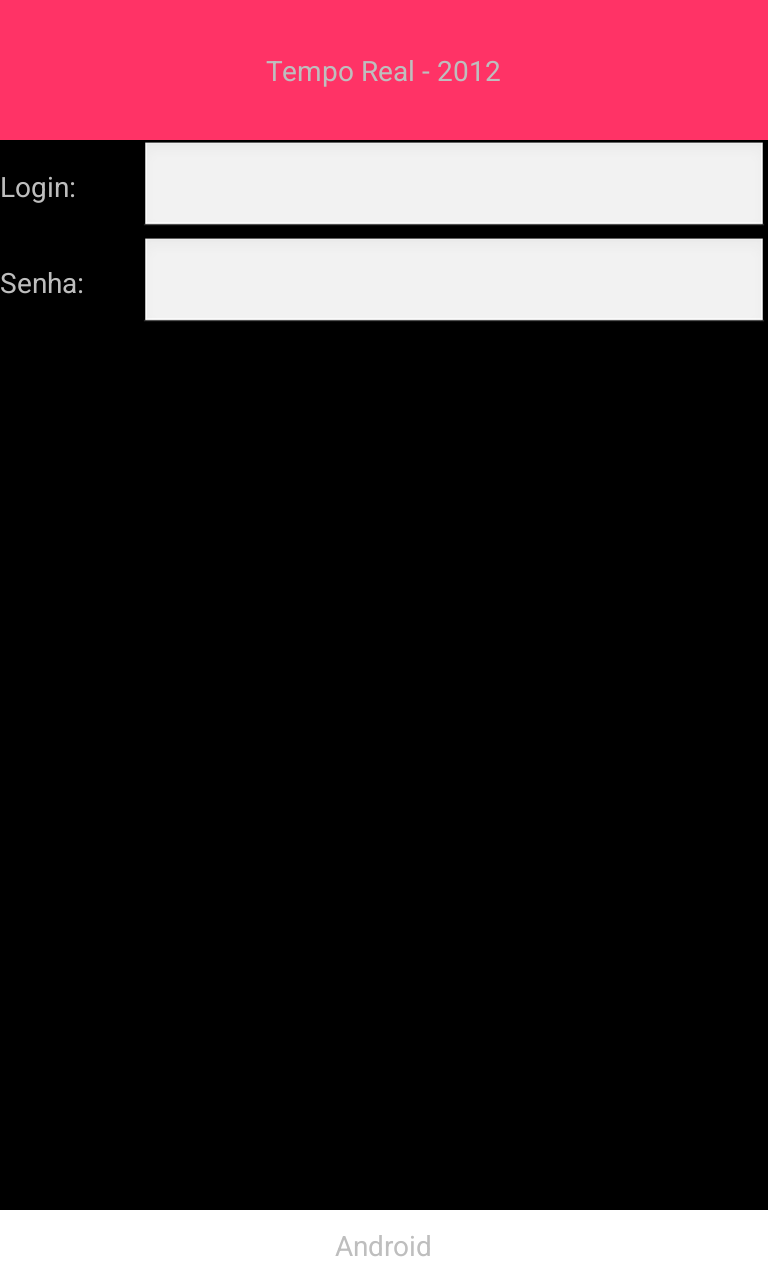
Repository: SuelenGC/Trainings
Layout: TempoRealEventos/HelloAndroid/res/layout/documento_item.xml
The author's editor kept a copy of each file at every save. The layout is drawn from the files as they stood at one save, then again after the next save.
It is drawn on a 768 x 1280 px phone screen (xhdpi) without system bars, with theme android:Theme; the app's code is not run.

Above is the layout before, as saved 2012-06-02 17:52:30.

After the next save:
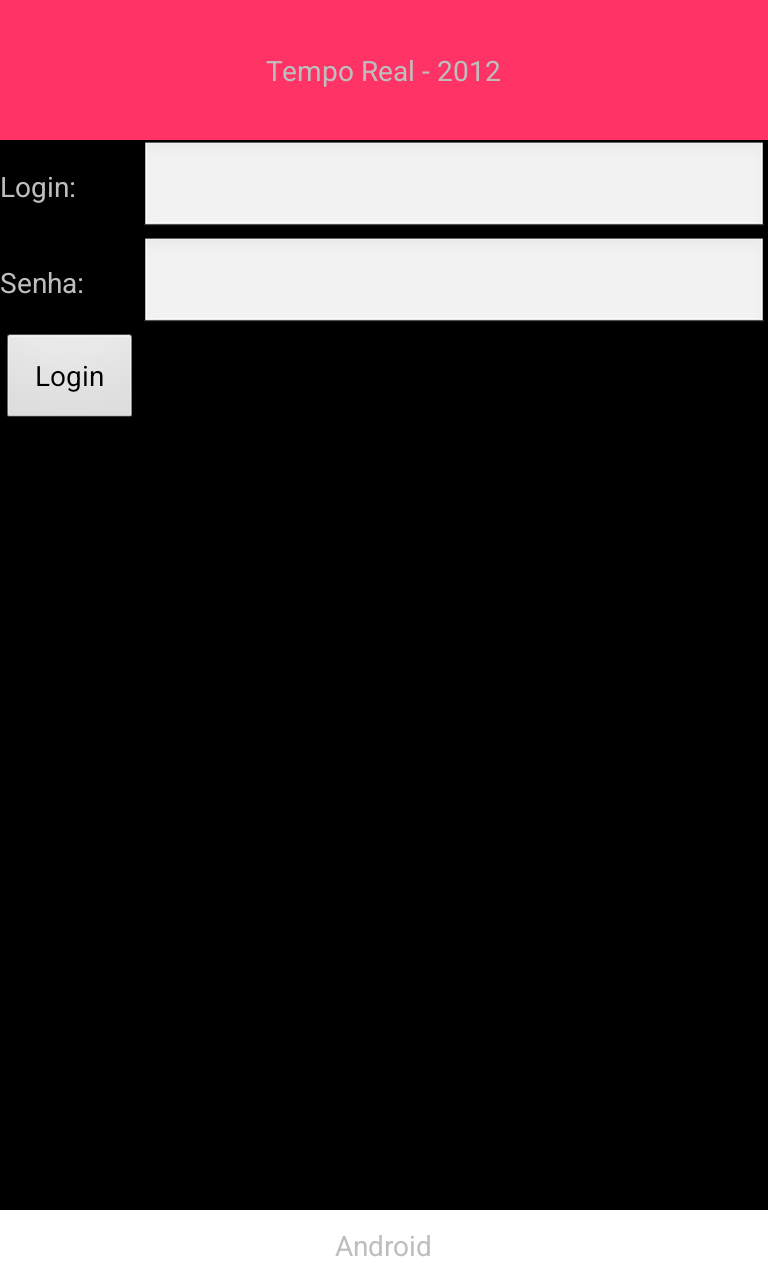
Saved 65 s later.
--- a/TempoRealEventos/HelloAndroid/res/layout/documento_item.xml
+++ b/TempoRealEventos/HelloAndroid/res/layout/documento_item.xml
@@ -56,6 +56,15 @@
 	        	    />
 	        </TableRow>
 
+	        <TableRow>
+	            <Button
+	                android:layout_width="wrap_content"
+	                android:layout_height="wrap_content"
+	                android:text="Login"
+	                />
+
+	        </TableRow>
+
 	        </TableLayout>
 
 
